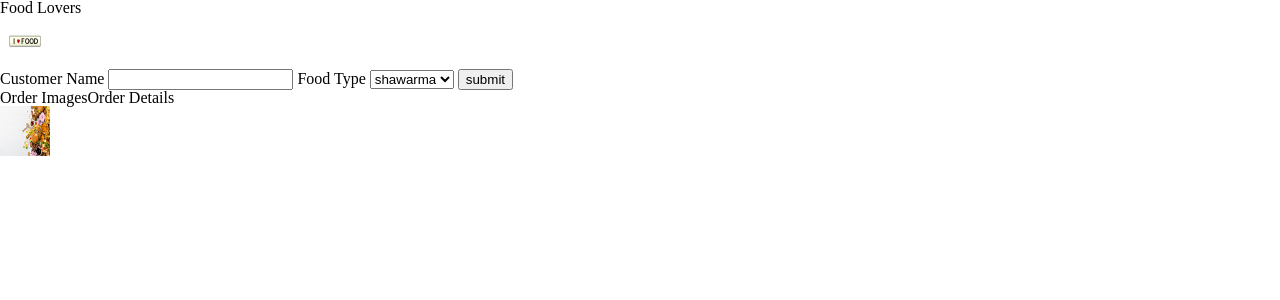
Repository: Razan-am/foodLovers
Page: index.html
The author's editor kept a copy of each file at every save. The page is drawn from the files as they stood at one save, then again after a run of saves.
The browser window is 1280 px wide. The pictures show the whole page.

Above is the page before, as saved 2021-06-01 10:56:44.

### index.html
<!DOCTYPE html>
<html lang="en">

<head>
    <meta charset="UTF-8">
    <meta http-equiv="X-UA-Compatible" content="IE=edge">
    <meta name="viewport" content="width=device-width, initial-scale=1.0">
    <title>Food Lovers</title>
    <link rel="preconnect" href="https://fonts.gstatic.com">
    <link href="https://fonts.googleapis.com/css2?family=Fredoka+One&display=swap" rel="stylesheet">
    <link rel="stylesheet" href="css/reset.css">
    <link rel="stylesheet" href="css/style.css">
</head>

<body>
    <header>
        <h1>Food Lovers</h1>
        <img src="images/css images/logo.png" alt="logo">
    </header>
    <main>
        <form action="" id="myForm">
            <fieldset>
                <label for="name">Customer Name</label>
                <input type="text" id="name" name="name">
                <label for="food">Food Type</label>
                <select name="food" id="food">
                    <option value="shawarma">shawarma</option>
                    <option value="pizza">pizza</option>
                    <option value="burger">burger</option>
                </select>
                <input type="submit" value="submit">
            </fieldset>
        </form>
        <table id="myTable">
            <tr>
                <th>Order Images</th>
                <th>Order Details</th>
            </tr>
        </table>
        <img src="images/css images/background.jpg" alt="backGround">
    </main>
    <footer></footer>
    <script src="js/app.js"></script>
</body>

</html>

### css/style.css
img{
    width: 50px;
    height: 50px;
}

### js/app.js
'use strict';

let myForm = document.getElementById('myForm');
let myTable = document.getElementById('myTable');


let mainArr = [];
function Foods(userName,foodType){
    this.userName=userName;
    this.foodType=foodType;
    this.img=`images/${foodType}.jpg`
    mainArr.push(this);
}
console.log(mainArr);

myForm.addEventListener('submit',handleEvent);
function handleEvent(event){
    event.preventDefault();

    let userName = event.target.name.value;
    let foodType = event.target.food.value;
    console.log(foodType);
    new Foods(userName,foodType);
    setting();
    render();
}

function randomNumber(min,max){
    min = Math.ceil(min);
    max = Math.floor(max);
    return Math.floor(Math.random() * (max - min) + min)
}

function render(){
    let tBody = document.createElement('tr');
    myTable.appendChild(tBody);

    for (let index = 0; index < mainArr.length; index++) {
        tBody.textContent='';

        let td1 = document.createElement('td');
        tBody.appendChild(td1);

        let imgEl = document.createElement('img');
        td1.appendChild(imgEl);
        imgEl.setAttribute('src', mainArr[index].img);

        let td2 = document.createElement('td');
        tBody.appendChild(td2);

        let pEl1 = document.createElement('p');
        td2.appendChild(pEl1);
        pEl1.textContent=`Customer Name:${mainArr[index].userName}`;
        let pEl2 = document.createElement('p');
        td2.appendChild(pEl2);
        pEl2.textContent=`Food Type:${mainArr[index].foodType}`;
        let pEl3 = document.createElement('p');
        td2.appendChild(pEl3);
        pEl3.textContent=`Food Price:${randomNumber(1,100)}`;


    }
}

function setting(){
    let data = JSON.stringify(mainArr);
    localStorage.setItem('information',data);
}

function getting(){
    let stringObj = localStorage.getItem('information');
    let normalObj = JSON.parse(stringObj);

    if(normalObj !== null){
        mainArr = normalObj;
    }
    render();
}
getting();

Loaded but not shown: css/reset.css (common file)

After the next 4 saves:
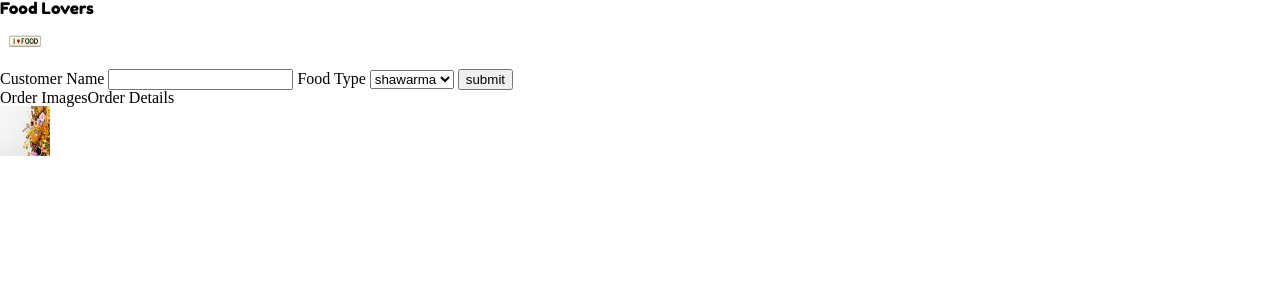
The 4 saves are shown as one change because they came seconds apart.
The last was saved 18 s later.
--- a/css/style.css
+++ b/css/style.css
@@ -1,3 +1,8 @@
+h1{
+    font-family: 'Fredoka One', cursive;
+}
+
+
 img{
     width: 50px;
     height: 50px;
